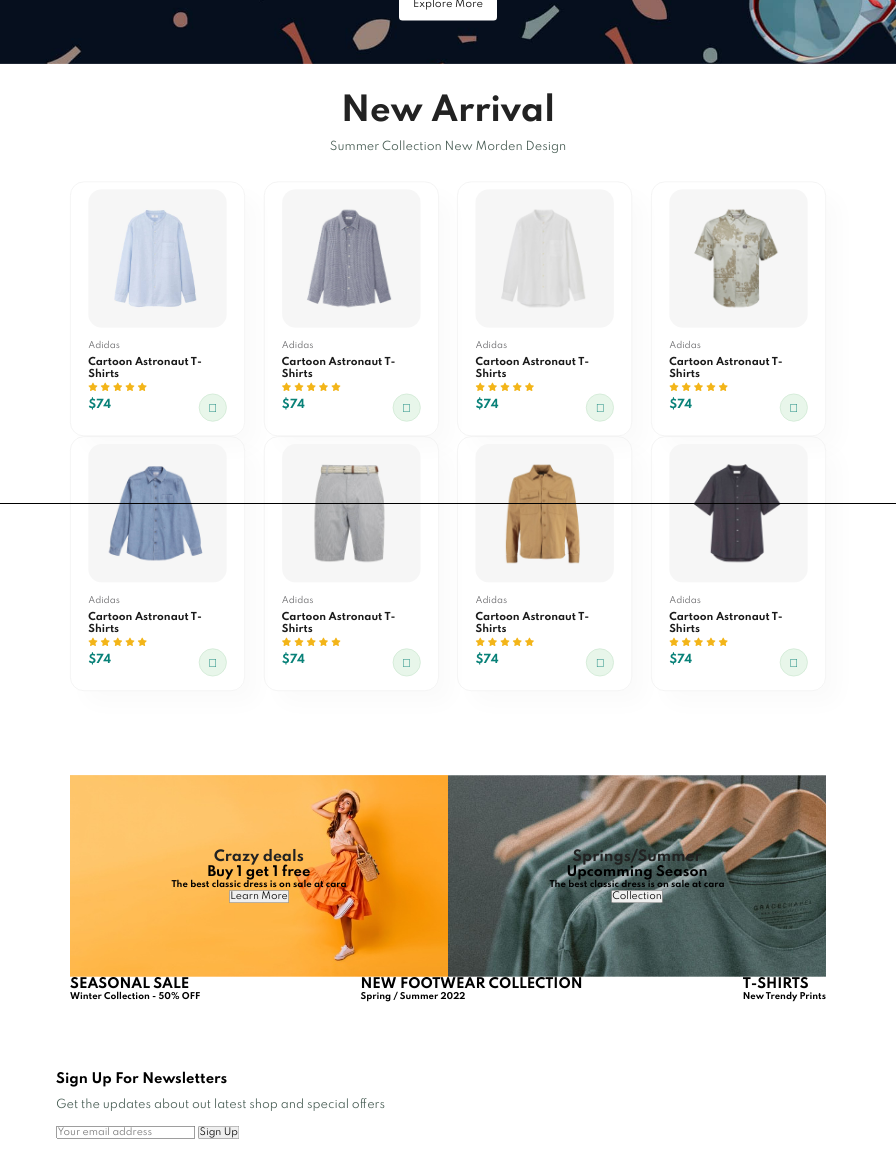
Repository: Daryllgio/E-Commerce-Website-UI
Page: index.html
An editor plug-in stored every save of this project. The page is shown before and after the next save, followed by the edit.
The browser window is 1280 px wide. The pictures show the part of the page from y = 2185 to 4105 px (the page is 3853 px tall before and 4105 px after), at 70% of full size.
Some web libraries are served in a nearby version.

Above is the page before, as saved 2024-12-31 23:11:22.

After the next save:
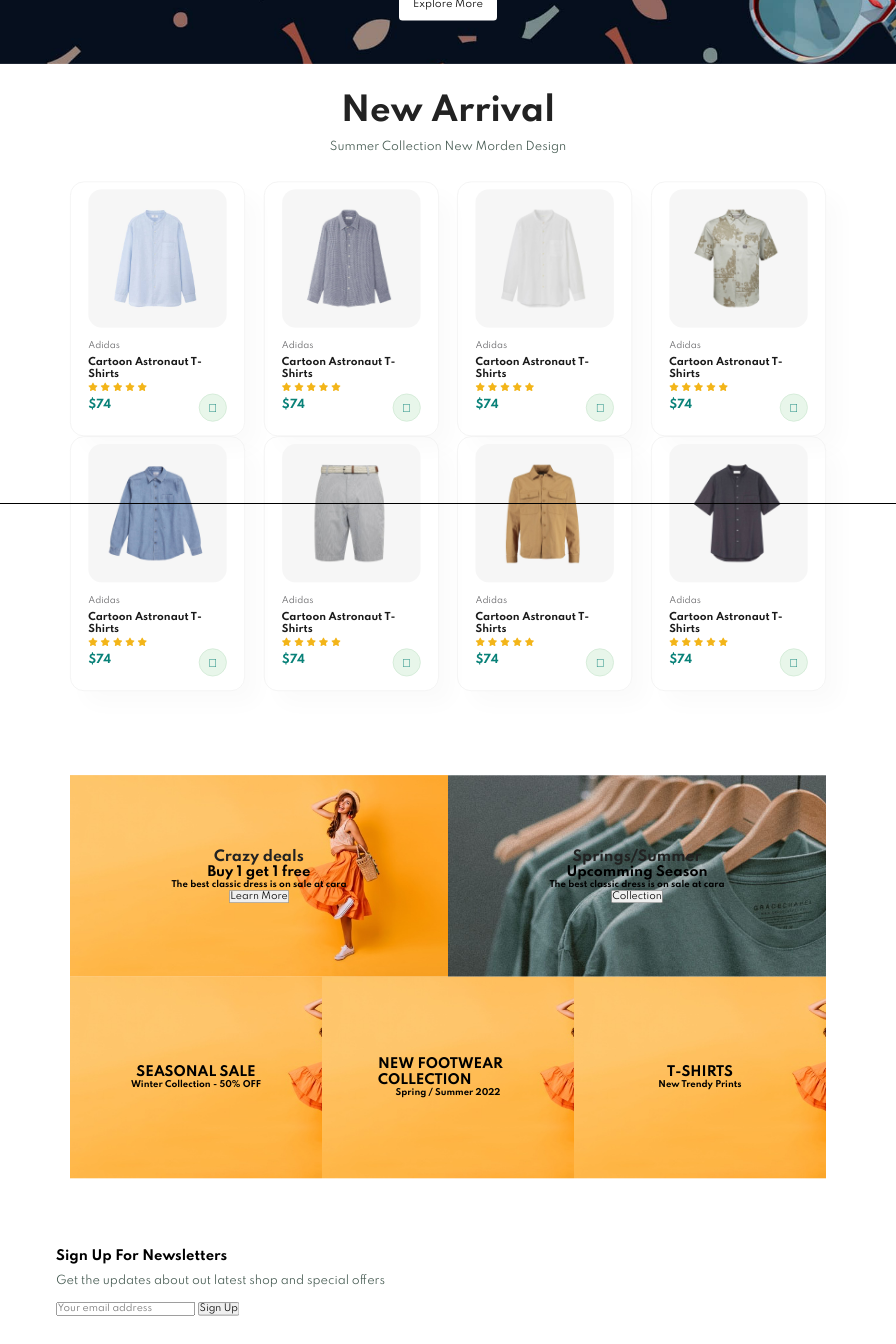
Saved 24 s later.
--- a/style.css
+++ b/style.css
@@ -317,7 +317,7 @@
   justify-content: space-between;
 }
 
-#sm-banner .banner-MainContainer .banner-Container1 .banner-box {
+#sm-banner .banner-box {
   background-image: url("img/banner/b17.jpg");
   height: 40vh;
   width: 100%;

After the save that followed:
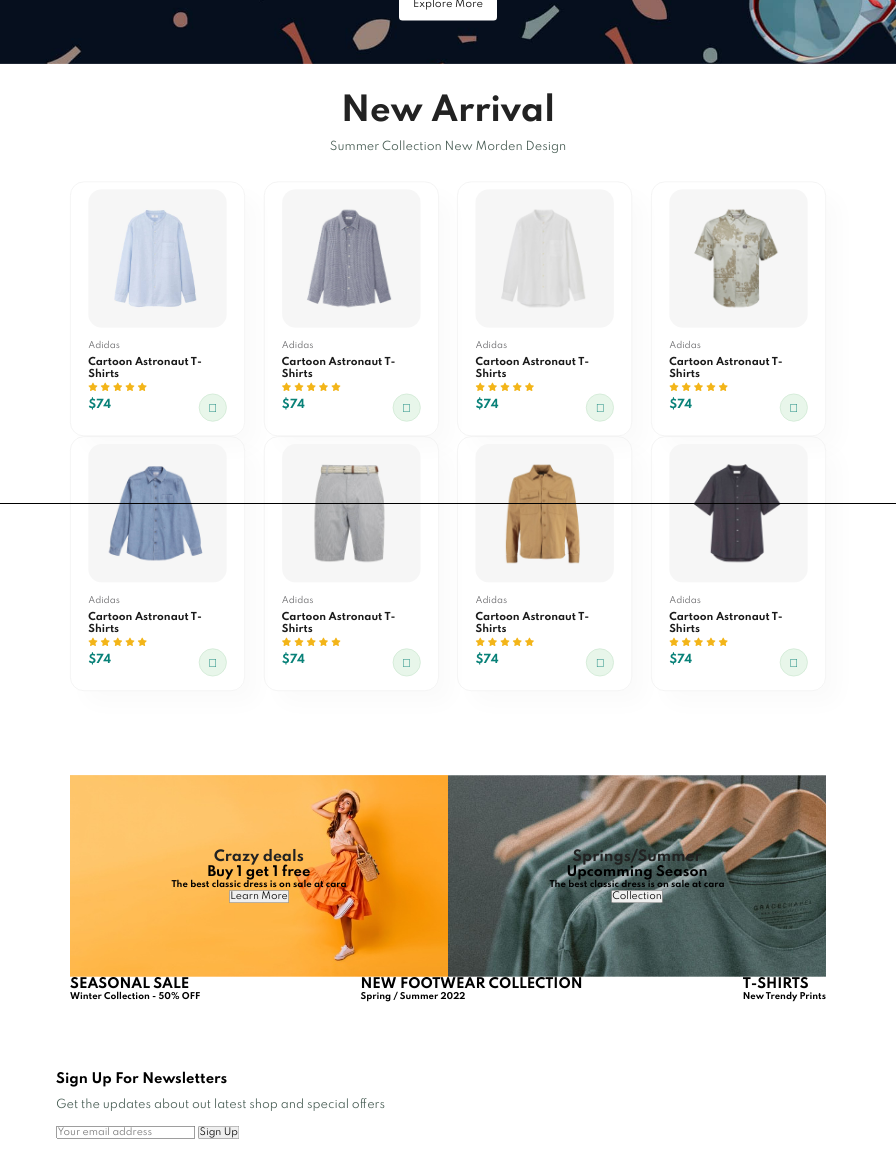
Saved 15 s later.
--- a/style.css
+++ b/style.css
@@ -317,7 +317,7 @@
   justify-content: space-between;
 }
 
-#sm-banner .banner-box {
+#sm-banner .banner-MainContainer .banner-Container1 .banner-box {
   background-image: url("img/banner/b17.jpg");
   height: 40vh;
   width: 100%;
